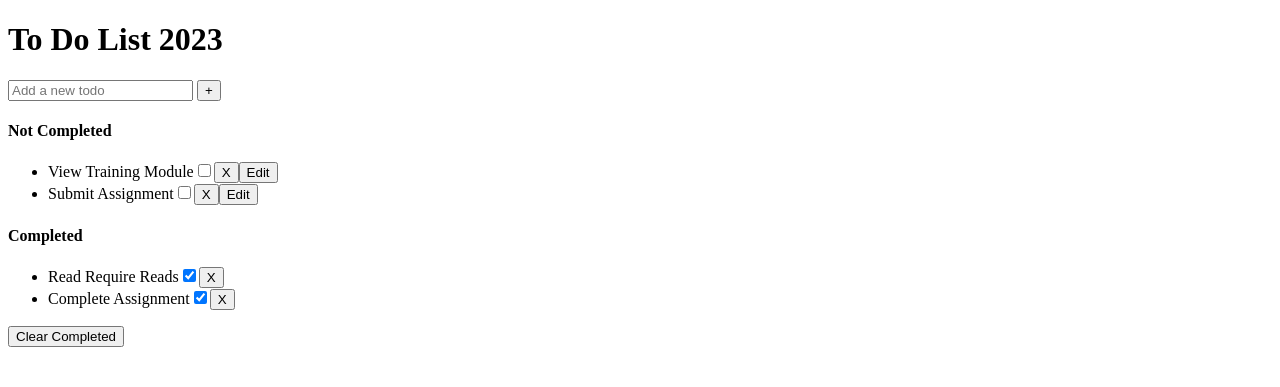
Repository: Kayla-amr/dgm3760
Page: index.html
These files come from the project's save history. The page is drawn as it stood at one moment and after the next save; the edit follows.
The browser window is 1280 px wide. The pictures show the whole page.

Above is the page before, as saved 2023-10-03 12:57:25.

### index.html
<!DOCTYPE html>
<html lang="en">
<head>
    <meta charset="UTF-8">
    <meta name="viewport" content="width=device-width, initial-scale=1.0">
    <title>ToDo App 2023</title>
</head>
<body>
    <div class="app">
        <h1></h1>

        <div class="input">
            <input class="userInput" type="text" placeholder="Add a new todo">
            <button class="addInput">+</button>
        </div>

        <div class="todos">
            <h4>Not Completed</h4>
            <ul class="list"></ul>
            <h4>Completed</h4>
            <ul class="completed"></ul>
        </div>

        <div class="btns">
            <button class="clear">Clear Completed</button>
        </div>



    </div>

</body>
<script src="main.js"></script>
</html>

### main.js
let todo = [
    {
    id: 0,
    name: 'View Training Module',
    date: '2020-01-01',
    status: false

},
{
    id: 1,
    name: 'Read Require Reads',
    date: '2020-01-01',
    status: true
},
{
    id: 2,
    name: 'Complete Assignment',
    date: '2020-01-01',
    status: true
},
{
    id: 3,
    name: 'Submit Assignment',
    date: '2020-01-01',
    status: false
},
];

document.querySelector('.app > h1').innerText = 'To Do List 2023';

let list = document.querySelector('.list');
let completed = document.querySelector('.completed');


//VIEW TODO LIST FUNCTION
function taskView(todo){
    list.innerText = '';
    completed.innerText='';         //CLEARS TODO LIST

    todo.forEach(function(todoItem) //LOOPS THROUGH TODO LIST
    {
        //CREATES TODO ITEM ELEMENTS
        let li = document.createElement('li');  //CREATES LI ELEMENT
        li.setAttribute('id', todoItem.id)      //SETS LI ID
        li.innerText = todoItem.name;

        //CREATES INPUT ELEMENT
        let status = document.createElement('input'); //CREATES INPUT ELEMENT
        status.setAttribute('type', 'checkbox');      //SETS INPUT TYPE
        status.setAttribute('id', 'status');          //SETS INPUT ID
        status.setAttribute('value', todoItem.status);//SETS INPUT VALUE
        status.checked = todoItem.status;             //SETS INPUT CHECKED STATUS

        //ADDS EVENT LISTENER TO INPUT
        status.addEventListener('click', function(){  //ADDS EVENT LISTENER TO INPUT
            if(status.checked == true){               //CHECKS IF INPUT IS CHECKED
                todoItem.status = true;               //SETS TODO ITEM STATUS TO TRUE
                completed.appendChild(li);            //ADDS TODO ITEM TO COMPLETED LIST
                list.removeChild(li);                 //REMOVES TODO ITEM FROM TODO LIST
            }
            else{
                todoItem.status = false;              //SETS TODO ITEM STATUS TO FALSE
                list.appendChild(li);                 //ADDS TODO ITEM TO TODO LIST
                completed.removeChild(li);            //REMOVES TODO ITEM FROM COMPLETED LIST
            }
        })

        //CREATES DELETE BUTTON
        let deleteBtn = document.createElement('button'); //CREATES BUTTON ELEMENT
        deleteBtn.setAttribute('id', 'delete');           //SETS BUTTON ID
        deleteBtn.innerText = 'X';                        //SETS BUTTON TEXT

        //ADDS EVENT LISTENER TO DELETE BUTTON
        deleteBtn.addEventListener('click', function(){   //ADDS EVENT LISTENER TO DELETE BUTTON
            todo = todo.filter(function(todoItem){         //FILTERS OUT DELETED TODO ITEM
                return todoItem.id != li.id;
            })
            taskView(todo);                                //CALLS VIEW FUNCTION
        })

        //CREATES EDIT BUTTON
        let editBtn = document.createElement('button');   //CREATES BUTTON ELEMENT
        editBtn.setAttribute('id', 'edit');               //SETS BUTTON ID
        editBtn.innerText = 'Edit';                       //SETS BUTTON TEXT

        //ADDS EVENT LISTENER TO EDIT BUTTON
        editBtn.addEventListener('click', function(){      //ADDS EVENT LISTENER TO EDIT BUTTON
            let editInput = document.createElement('input'); //CREATES INPUT ELEMENT
            editInput.setAttribute('type', 'text');          //SETS INPUT TYPE
            editInput.setAttribute('id', 'editInput');       //SETS INPUT ID
            editInput.setAttribute('value', todoItem.name);  //SETS INPUT VALUE
            li.innerText = '';                               //CLEARS TODO ITEM TEXT
            li.appendChild(editInput);                       //ADDS INPUT TO TODO ITEM

            //ADDS EVENT LISTENER TO INPUT
            editInput.addEventListener('keyup', function(){  //ADDS EVENT LISTENER TO INPUT
                if(event.keyCode === 13){                    //CHECKS IF ENTER KEY IS PRESSED
                    todoItem.name = editInput.value;         //SETS TODO ITEM NAME TO INPUT VALUE
                    li.innerText = todoItem.name;            //SETS TODO ITEM TEXT TO TODO ITEM NAME
                    li.appendChild(status);                  //ADDS INPUT TO TODO ITEM
                    li.appendChild(deleteBtn);               //ADDS DELETE BUTTON TO TODO ITEM
                    li.appendChild(editBtn);                 //ADDS EDIT BUTTON TO TODO ITEM
                }
            })
        }
        )

        //CHECKS TODO ITEM STATUS
        if(todoItem.status != true){
            list.appendChild(li);                    //ADDS TODO ITEM TO TODO LIST
            li.appendChild(status);                  //ADDS INPUT TO TODO ITEM
            li.appendChild(deleteBtn);               //ADDS DELETE BUTTON TO TODO ITEM
            li.appendChild(editBtn);                 //ADDS EDIT BUTTON TO TODO ITEM

        }
        else
        {
            completed.appendChild(li);                    //ADDS TODO ITEM TO COMPLETED LIST
            li.appendChild(status);                       //ADDS INPUT TO TODO ITEM
            li.appendChild(deleteBtn);                    //ADDS DELETE BUTTON TO TODO ITEM

        }
    })
}
taskView(todo); //CALLS VIEW FUNCTION

//ADD TODO ITEM FUNCTION
function addTask(){
   let userInput = document.querySelector('.userInput').value; //GETS USER INPUT

   const newItem = {                                          //CREATES NEW TODO ITEM OBJECT
         id: todo.length,
         name: userInput,
         date: '2020-01-01',
         status: false
    }

    if (userInput === ''){                                     //CHECKS IF USER INPUT IS EMPTY
        alert('Please enter a task');                          //ALERTS USER TO ENTER A TASK
        return false;
    }
    else if (todo.some(todoItem => todoItem.name === userInput)){ //CHECKS IF USER INPUT IS A DUPLICATE
        alert('This task already exists');                        //ALERTS USER TO ENTER A UNIQUE TASK
        return false;
    }
    else{
        todo.push(newItem);                                     //PUSHES NEW TODO ITEM TO TODO LIST
    }

    document.querySelector('.userInput').value = '';          //CLEARS USER INPUT
}

addInput = document.querySelector('.addInput');                //GETS ADD BUTTON
addInput.addEventListener('click', (event) =>{
    addTask();                                                 //CALLS ADD TODO ITEM FUNCTION
    taskView(todo);                                            //CALLS VIEW FUNCTION
})

//CLEAR COMPLETED ITEMS FUNCTION
let clear = document.querySelector('.clear');                  //GETS CLEAR BUTTON
function clearList(){
    completed.innerText='';                                    //CLEARS COMPLETED LIST
    todo = todo.filter(function(todoItem){                      //FILTERS OUT COMPLETED ITEMS
        return todoItem.status == false;
    })

    todo.forEach(function(todoItem){                            //LOOPS THROUGH TODO LIST
        todoItem.id = todo.indexOf(todoItem);                   //SETS TODO ITEM ID
    })
}

clear.addEventListener('click', (event) =>{
    clearList();                                               //CALLS CLEAR FUNCTION
    taskView(todo);                                            //CALLS VIEW FUNCTION
})

After the next save:
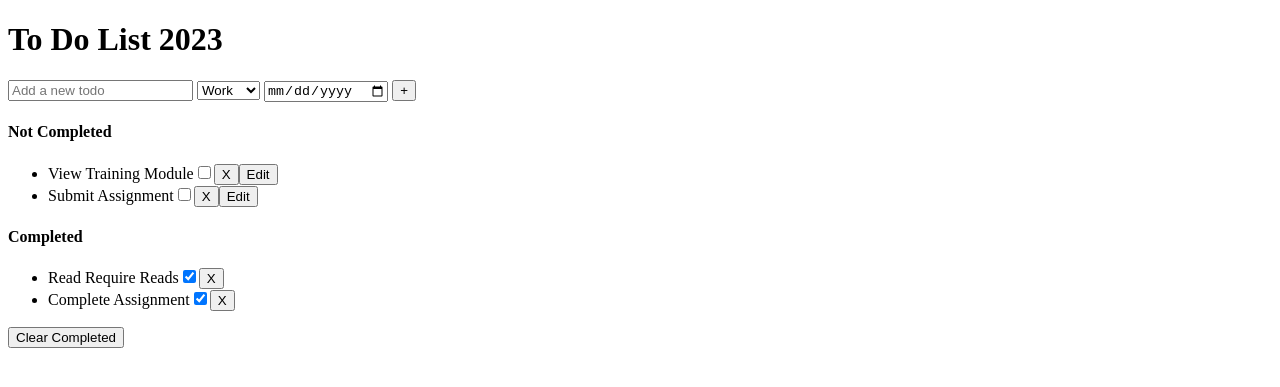
Saved 15 days later.
--- a/index.html
+++ b/index.html
@@ -11,6 +11,13 @@
 
         <div class="input">
             <input class="userInput" type="text" placeholder="Add a new todo">
+            <select class="categorySelected">
+                <option value="work">Work</option>
+                <option value="home">Home</option>
+                <option value="school">School</option>
+            </select>
+            <input class="dateInput" type="date" placeholder="Date">
+
             <button class="addInput">+</button>
         </div>
 
